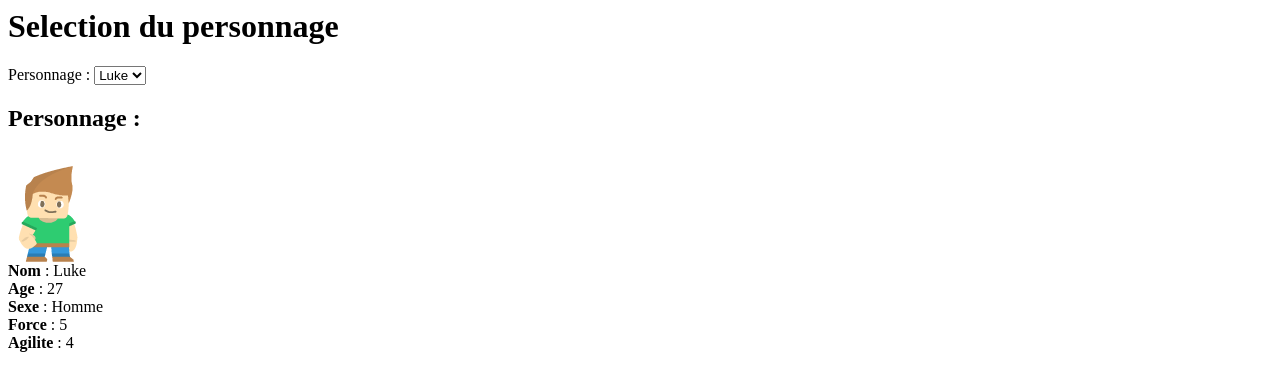
Repository: Michelhof1978/php
Page: http://localhost/tableauxAssociatifs.php
An editor plug-in stored every save of this project. The page is shown before and after the next save, followed by the edit.
The browser window is 1280 px wide. The pictures show the whole page.
The page is run by PHP 8.4 with error messages shown; the project is at /var/www/html/.

Above is the page before, as saved 2022-08-01 14:25:01.

### tableauxAssociatifs.php
<?php

$p1 = [
        "Nom" => "Luke", // Tableaux associatifs
        "Age" => 27,
        "Sexe" => "Homme",
        "Force" => 5,
        "Agilite" =>4
    ];
    $p2 = [
        "Nom" => "Katy",
        "Age" => 22,
        "Sexe" => "Femme",
        "Force" => 3,
        "Agilite" =>6
    ];
    $p3 = [
        "Nom" => "Marc",
        "Age" => 33,
        "Sexe" => "Homme",
        "Force" => 7,
        "Agilite" =>2
    ];
?>

<h1>Selection du personnage</h1>
<form action="#" method="POST">
    <label for="perso">Personnage : </label>
    <select name="perso" id="perso" onChange = "submit()">
        <option value="p1" <?php if(isset($_POST['perso']) && $_POST['perso'] === "p1") echo "selected"?>>Luke</option>
        <option value="p2" <?php if(isset($_POST['perso']) && $_POST['perso'] === "p2") echo "selected"?>>Katy</option>
        <option value="p3" <?php if(isset($_POST['perso']) && $_POST['perso'] === "p3") echo "selected"?>>Marc</option>
    </select> <br/>
</form>

<h2> Personnage : </h2>
<?php
    if(!isset($_POST['perso']) || $_POST['perso'] === "p1"){
        echo "<div class='gauche'>";
            echo "<img src = 'images/player.png' alt = 'player Luke' />";
        echo "</div>";
        echo "<div class='gauche'>";
            afficherPerso($p1);
        echo "</div>";
    } else if($_POST['perso'] === "p2"){
        echo "<div class='gauche'>";
            echo "<img src = 'images/playerF.png' alt = 'player Katy' />";
        echo "</div>";
        echo "<div class='gauche'>";
            afficherPerso($p2);
        echo "</div>";
    }else if($_POST['perso'] === "p3"){
        echo "<div class='gauche'>";
            echo "<img src = 'images/playerM.png' alt = 'player Marc' />";
        echo "</div>";
        echo "<div class='gauche'>";
            afficherPerso($p3);
        echo "</div>";
    }
    echo "<div class='clearB'></div>";

    function afficherPerso($personnage){//Création de la variable $personnage (tableau)
        foreach($personnage as $index => $value){// A chaque tours de boucle, nous allons stocker les infos ds une variable $value
            echo "<b>".$index."</b> : ". $value . "<br/>";
        }
    }
?>

After the next save:
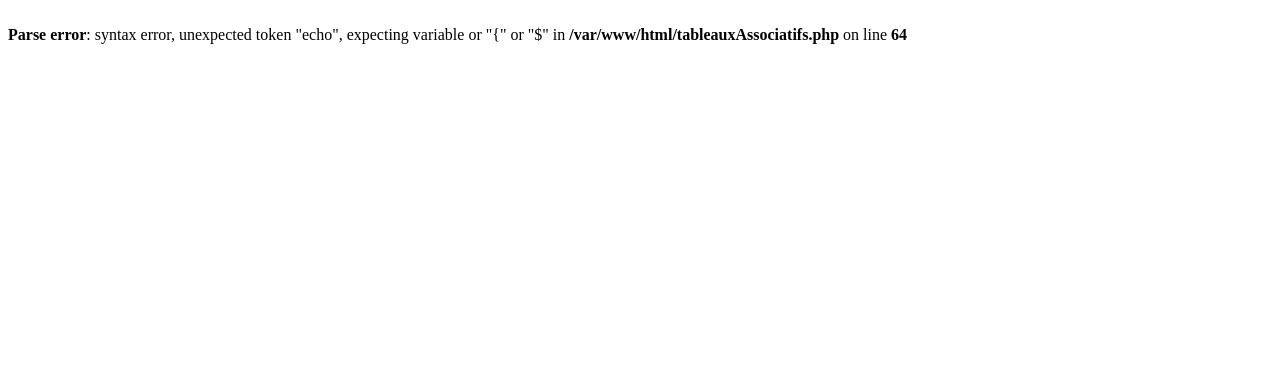
Saved 32 s later.
--- a/tableauxAssociatifs.php
+++ b/tableauxAssociatifs.php
@@ -60,7 +60,7 @@ $p1 = [
     echo "<div class='clearB'></div>";
 
     function afficherPerso($personnage){//Création de la variable $personnage (tableau)
-        foreach($personnage as $index => $value){// A chaque tours de boucle, nous allons stocker les infos ds une variable $value
+        foreach($personnage as $index => $value){$// A chaque tours de boucle, nous allons stocker les infos ds une variable $value
             echo "<b>".$index."</b> : ". $value . "<br/>";
         }
     }
